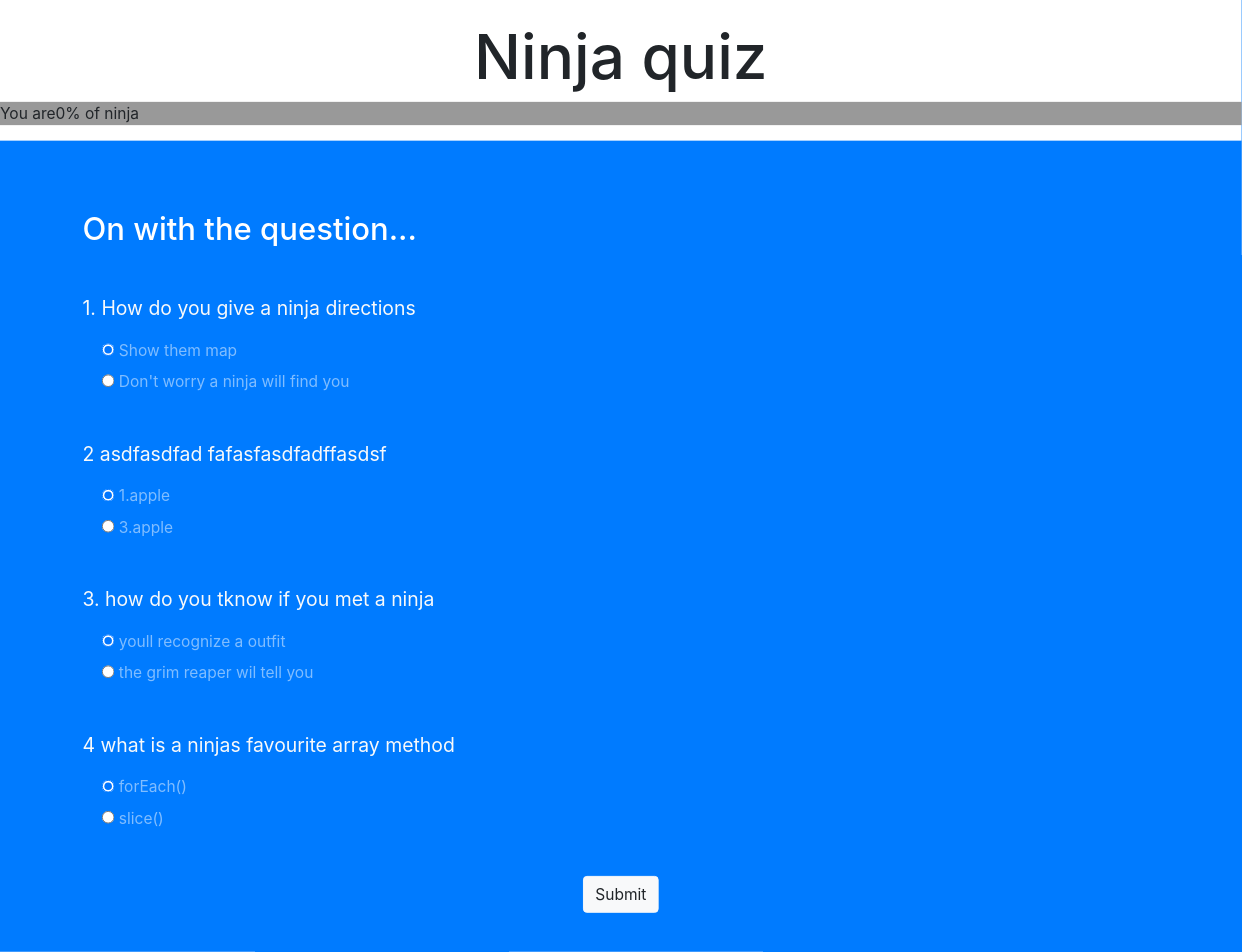
Repository: ajgors/config
Page: Nauka Js/Projekty/Quiz/index.html
An editor plug-in stored every save of this project. The page is shown before and after the next save, followed by the edit.
The browser window is 1280 px wide. The pictures show the whole page, at 97% of full size.

Above is the page before, as saved 2019-08-11 18:14:20.

### Nauka Js/Projekty/Quiz/index.html
<!DOCTYPE html>
<html lang="en">

<head>
    <meta charset="UTF-8">
    <meta name="viewport" content="width=device-width, initial-scale=1.0">
    <meta http-equiv="X-UA-Compatible" content="ie=edge">
    <title>Document</title>
    <link rel="stylesheet" href="https://stackpath.bootstrapcdn.com/bootstrap/4.3.1/css/bootstrap.min.css"
        integrity="sha384-ggOyR0iXCbMQv3Xipma34MD+dH/1fQ784/j6cY/iJTQUOhcWr7x9JvoRxT2MZw1T" crossorigin="anonymous">
        <link rel="stylesheet" href="css.css">
</head>

<body>
    <!-- Header -->
    <!-- <div class="intro py-3 bg-white text-center">
        <div class="container">
            <h2 class="text-primary display-3 my-4">Ninja Quiz</h2>
        </div>
    </div> -->

    <header class="header">
        <h1 class="header__title">Ninja quiz</h1>
    </header>

    <!-- Result -->
    <!-- <div class="result py-4 d-none bg-light text-center">
        <div class="container lead">
            <p>You are <span class="text-primary display-4 p-3">0%</span>Ninja</p>
        </div>
    </div> -->

    <div class="result">
        <p>You are<span>0%</span> of ninja</p>
    </div>

    <!-- Form -->
    <div class="quiz py-4 bg-primary">
        <div class="container">
            <h2 class="my-5 text-white">On with the question...</h2>
            <form action="" class="quiz-form text-light">
                <div class="my-5">
                    <p class="lead font-weight-normal">1. How do you give a ninja directions</p>
                    <div class="form-check my-2 text-white-50">
                        <input type="radio" name='q1' value='A' checked>
                        <label for="" class="form-check-label">Show them map</label>
                    </div>
                    <div class="form-check my-2 text-white-50">
                        <input type="radio" name='q1' value='B'>
                        <label for="" class="form-check-label">Don't worry a ninja will find you</label>
                    </div>
                </div>
                <div class="my-5">
                    <p class="lead font-weight-normal">2 asdfasdfad fafasfasdfadffasdsf</p>
                    <div class="form-check my-2 text-white-50">
                        <input type="radio" name='q2' value='A' checked>
                        <label for="" class="form-check-label">1.apple</label>
                    </div>
                    <div class="form-check my-2 text-white-50">
                        <input type="radio" name='q2' value='B'>
                        <label for="" class="form-check-label">3.apple</label>
                    </div>
                </div>
                <div class="my-5">
                    <p class="lead font-weight-normal">3. how do you tknow if you met a ninja</p>
                    <div class="form-check my-2 text-white-50">
                        <input type="radio" name='q3' value='A' checked>
                        <label for="" class="form-check-label">youll recognize a outfit</label>
                    </div>
                    <div class="form-check my-2 text-white-50">
                        <input type="radio" name='q3' value='B'>
                        <label for="" class="form-check-label">the grim reaper wil tell you</label>
                    </div>
                </div>
                <div class="my-5">
                    <p class="lead font-weight-normal">4 what is a ninjas favourite array method</p>
                    <div class="form-check my-2 text-white-50">
                        <input type="radio" name='q4' value='A' checked>
                        <label for="" class="form-check-label">forEach()</label>
                    </div>
                    <div class="form-check my-2 text-white-50">
                        <input type="radio" name='q4' value='B'>
                        <label for="" class="form-check-label">slice()</label>
                    </div>
                </div>
                <div class="text-center">
                    <input type="submit" class='btn btn-light'>
                </div>
            </form>
        </div>


        <div class="xd">
            <p class="xd"></p>
        </div>
    </div>

    <script src="js.js"></script>
</body>

</html>

### Nauka Js/Projekty/Quiz/css.css
.header__title{
    text-align: center;
    margin-top:  20px;
    font-size: 4em;
}

.result{
    background-color: #999999;
}

### Nauka Js/Projekty/Quiz/js.js




const form = document.querySelector('.quiz-form');
const result = document.querySelector('.result');
const correctAnswers = ['B','B','B','B'];
const spanResult = document.querySelector('span');

form.addEventListener('submit', e=>{
    e.preventDefault();

    //check answer
    let score = 0;
    const userAnswers = [form.q1.value, form.q2.value, form.q3.value, form.q4.value];

    userAnswers.forEach((answer, index) =>{
        if(answer === correctAnswers[index]){
            score += 25;
        }
    });

    scrollTo(0,0)
    result.classList.remove('d-none');
    // spanResult.textContent = `${score}%`

    let output = 0;
    const timer = setInterval(()=>{
        spanResult.textContent = `${output}%`
        if(output === score){
            clearInterval(timer);
        } else {
            output++;
        }
    })


})

After the next save:
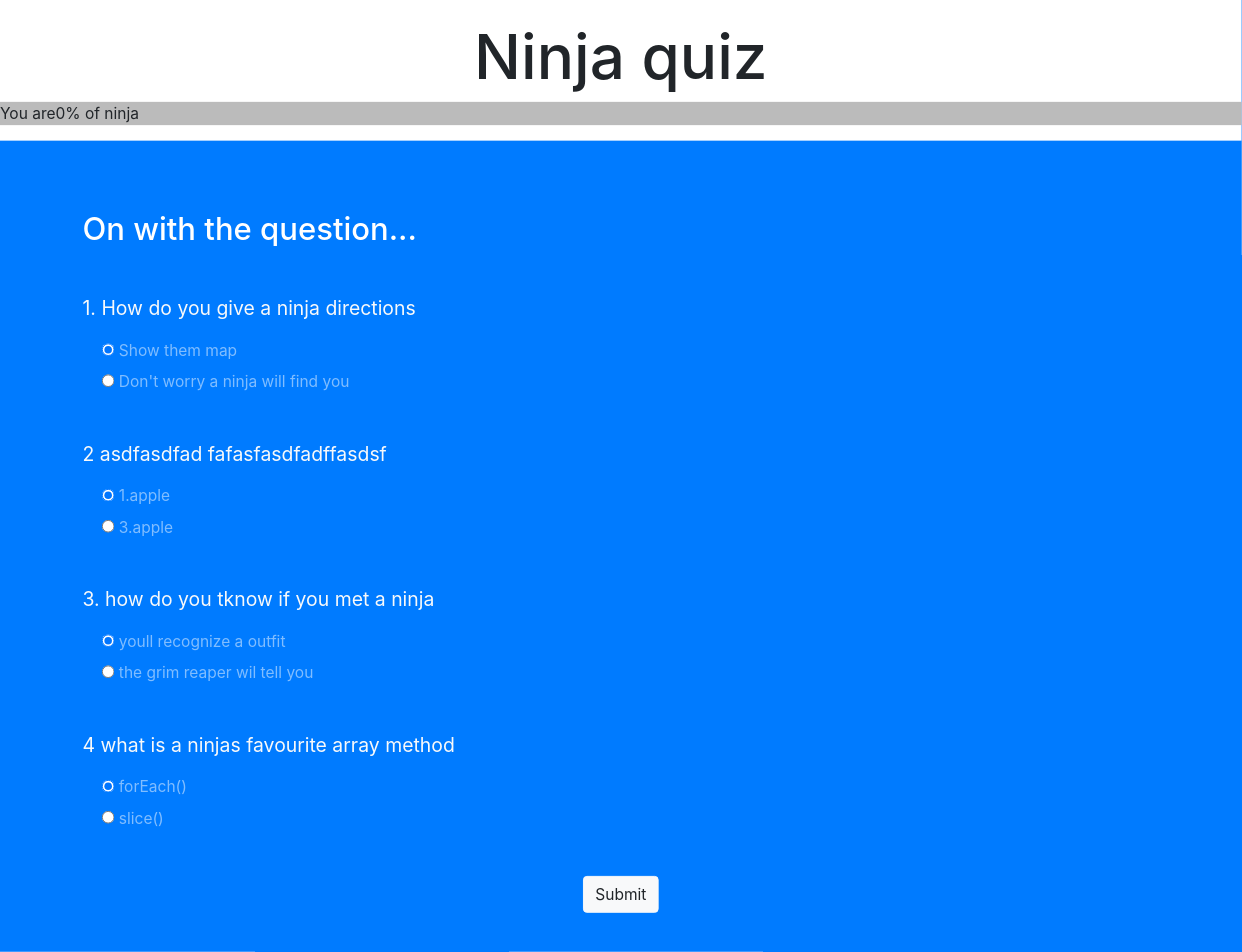
Saved 10 s later.
--- a/Nauka Js/Projekty/Quiz/css.css
+++ b/Nauka Js/Projekty/Quiz/css.css
@@ -5,5 +5,5 @@
 }
 
 .result{
-    background-color: #999999;
+    background-color: #bbb;
 }
